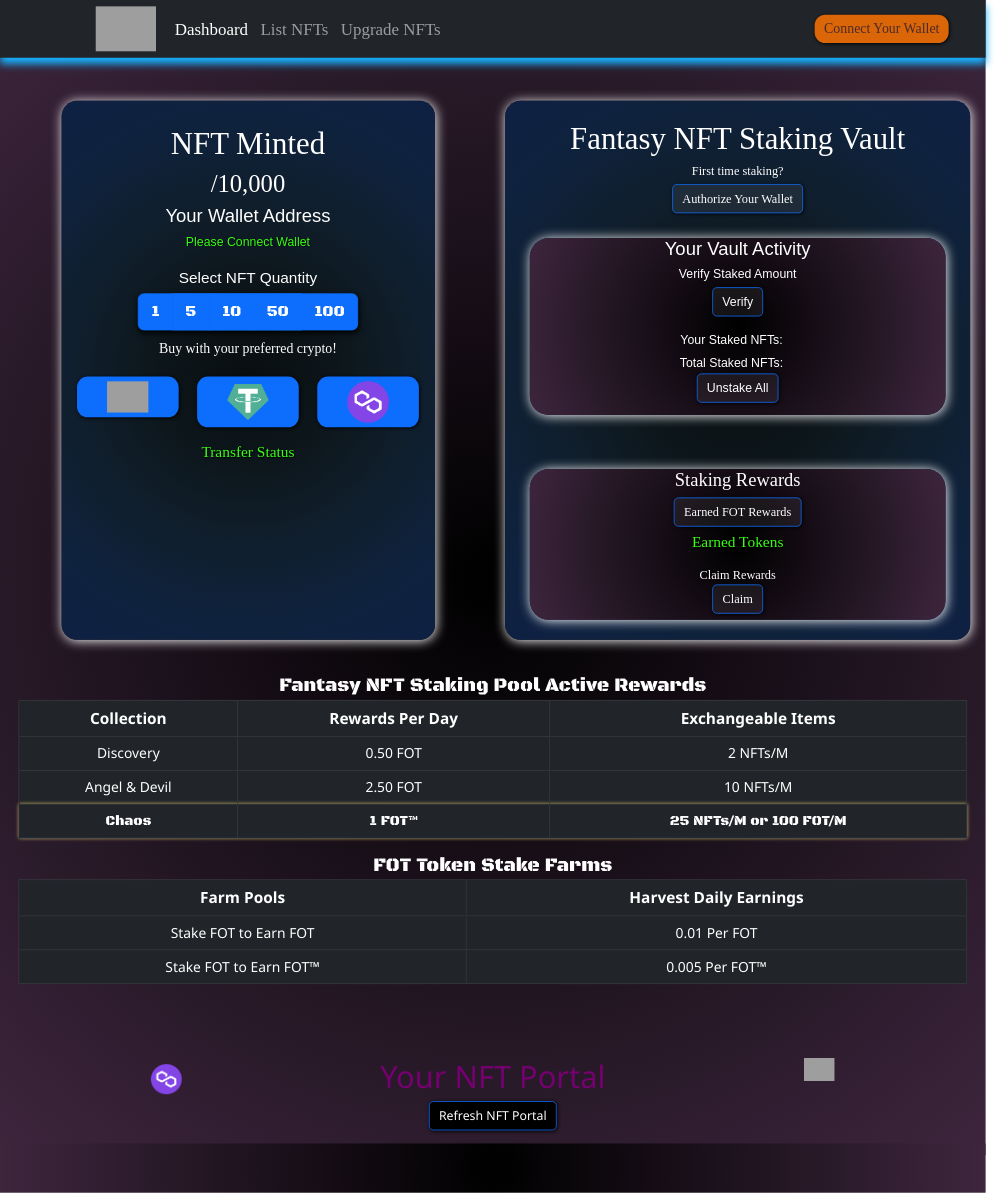
Repository: f-nft/f-fnt-Fantasy-Collection
Page: / (app in web3/)
An editor plug-in stored every save of this project. The page is shown before and after the next save, followed by the edit.
The browser window is 1280 px wide. The page is 1292 px wide, so the pictures cover 1292 px, including what lies to the right of the window. The pictures show the whole page, at 77% of full size.
Pictures or frames that could not be fetched are drawn as grey boxes. The page's requests for data from a server got no answer. Some web fonts or font styles are not loaded; a fallback is used. The project was rebuilt for these pictures with package versions that can differ from the ones it lists, and the page was loaded fresh each time. No one was signed in, and anything a server would have sent is missing.

Above is the page before, as saved 2022-06-09 15:17:28.

### web3/src/index.css
body {
  margin: 0;
  font-family: 'Segoe UI', 'Roboto', 'Oxygen',
    'Ubuntu', 'Cantarell', 'Fira Sans', 'Droid Sans', 'Helvetica Neue',
    sans-serif;
  -webkit-font-smoothing: antialiased;
  -moz-osx-font-smoothing: grayscale;
}

code {
  font-family: 'Courier New',
    monospace;
}

### web3/src/App.js
import './App.css';
import { Button, ButtonGroup } from 'react-bootstrap';
import 'bootstrap/dist/css/bootstrap.min.css';
import React, { Component } from 'react';
import 'sf-font';
import { polygonscanapikey, moralisapikey, NFTCONTRACT, STAKINGCONTRACT, polygonscanapi, moralisapi, nftpng, Web3Alc } from './config';
import axios from 'axios';
import ABI from './ABI.json';
import VAULTABI from './VAULTABI.json';
import TOKENABI from './TOKENABI.json';
import Web3Modal from 'web3modal';
import WalletConnectProvider from '@walletconnect/web3-provider';
import WalletLink from 'walletlink';
import Web3 from 'web3';

var account = null;
var contract = null;
var vaultcontract = null;
var web3 = null;

const providerOptions = {
	binancechainwallet: {
		package: true
	},
	walletconnect: {
		package: WalletConnectProvider,
		options: {
			infuraId: '50f6635fbcc742f18ce7a2a5cbe73ffa'
		}
	},
	walletlink: {
		package: WalletLink,
		options: {
			appName: 'f-nft Polygon',
			infuraId: '50f6635fbcc742f18ce7a2a5cbe73ffa',
			rpc: 'https://polygon-mainnet.infura.io/v3',
			chainId: 137,
			appLogoUrl: null,
			darkMode: true
		}
	},
};

const web3Modal = new Web3Modal({
	network: 'mainnet',
	theme: 'dark',
	cacheProvider: true,
	providerOptions
});

class App extends Component {
	constructor() {
		super();
		this.state = {
			balance: [],
			rawearn: [],
		};
	}

	handleModal() {
		this.setState({ show: !this.state.show })
	}

	// handleStake() {
	// 	this.setState({ show: !this.state.show })
	// }

	handleNFT(nftamount) {
		this.setState({ outvalue: nftamount.target.value });
	}

	async componentDidMount() {

		await axios.get((polygonscanapi + `?module=stats&action=tokensupply&contractaddress=${NFTCONTRACT}&apikey=${polygonscanapikey}`))
			.then(outputa => {
				this.setState({
					balance: outputa.data
				})
				console.log(outputa.data)
			})
		let config = { 'X-API-Key': moralisapikey, 'accept': 'application/json' };
		await axios.get((moralisapi + `/nft/${NFTCONTRACT}/owners?chain=polygon&format=decimal`), { headers: config })
			.then(outputb => {
				const { result } = outputb.data
				this.setState({
					nftdata: result
				})
				console.log(outputb.data)
			})
	}


	render() {
		const { balance } = this.state;
		const { outvalue } = this.state;

		const sleep = (milliseconds) => {
			return new Promise(resolve => setTimeout(resolve, milliseconds))
		}

		const expectedBlockTime = 10000;

		async function connectwallet() {
			var provider = await web3Modal.connect();
			web3 = new Web3(provider);
			await provider.send('eth_requestAccounts');
			var accounts = await web3.eth.getAccounts();
			account = accounts[0];
			document.getElementById('wallet-address').textContent = account;
			contract = new web3.eth.Contract(ABI, NFTCONTRACT);
			vaultcontract = new web3.eth.Contract(VAULTABI, STAKINGCONTRACT);
			var getstakednfts = await vaultcontract.methods.tokensOfOwner(account).call();
			document.getElementById('yournfts').textContent = getstakednfts;
			var getbalance = Number(await vaultcontract.methods.balanceOf(account).call());
			document.getElementById('stakedbalance').textContent = getbalance;
			const arraynft = Array.from(getstakednfts.map(Number));
			const tokenid = arraynft.filter(Number);
			var rwdArray = [];
			tokenid.forEach(async (id) => {
				var rawearn = await vaultcontract.methods.earningInfo(account, [id]).call();
				var array = Array.from(rawearn.map(Number));
				console.log(array);
				array.forEach(async (item) => {
					var earned = String(item).split(',')[0];
					var earnedrwd = Web3.utils.fromWei(earned);
					var rewardx = Number(earnedrwd).toFixed(2);
					var numrwd = Number(rewardx);
					console.log(numrwd);
					rwdArray.push(numrwd);
				});
			});
			function delay() {
				return new Promise(resolve => setTimeout(resolve, 300));
			}
			async function delayedLog(item) {
				await delay();
				var sum = item.reduce((a, b) => a + b, 0);
				var formatsum = Number(sum).toFixed(2);
				document.getElementById('earned').textContent = formatsum;
			}
			async function processArray(rwdArray) {
				for (const item of rwdArray) {
					await delayedLog(item);
				}
			}
			return processArray([rwdArray]);
		}

		async function verify() {
			var getstakednfts = await vaultcontract.methods.tokensOfOwner(account).call();
			document.getElementById('yournfts').textContent = getstakednfts;
			var getbalance = Number(await vaultcontract.methods.balanceOf(account).call());
			document.getElementById('stakedbalance').textContent = getbalance;
		}

		async function enable() {
			contract.methods.setApprovalForAll(STAKINGCONTRACT, true).send({ from:account });
		}
		async function rewardinfo() {
			var rawnfts = await vaultcontract.methods.tokensOfOwner(account).call();
			const arraynft = Array.from(rawnfts.map(Number));
			const tokenid = arraynft.filter(Number);
			var rwdArray = [];
			tokenid.forEach(async (id) => {
				var rawearn = await vaultcontract.methods.earningInfo(account, [id]).call();
				var array = Array.from(rawearn.map(Number));
				array.forEach(async (item) => {
					var earned = String(item).split(",")[0];
					var earnedrwd = Web3.utils.fromWei(earned);
					var rewardx = Number(earnedrwd).toFixed(2);
					var numrwd = Number(rewardx);
					rwdArray.push(numrwd)
				});
			});
			function delay() {
				return new Promise(resolve => setTimeout(resolve, 300));
			}
			async function delayedLog(item) {
				await delay();
				var sum = item.reduce((a, b) => a + b, 0);
				var formatsum = Number(sum).toFixed(2);
				document.getElementById('earned').textContent = formatsum;
			}
			async function processArray(rwdArray) {
				for (const item of rwdArray) {
					await delayedLog(item);
				}
			}
			return processArray([rwdArray]);
		}
		async function claimit() {
			var rawnfts = await vaultcontract.methods.tokensOfOwner(account).call();
			const arraynft = Array.from(rawnfts.map(Number));
			const tokenid = arraynft.filter(Number);
			await Web3Alc.eth.getMaxPriorityFeePerGas().then((tip) => {
				Web3Alc.eth.getBlock('pending').then((block) => {
					var baseFee = Number(block.baseFeePerGas);
					var maxPriority = Number(tip);
					var maxFee = maxPriority + baseFee;
					tokenid.forEach(async (id) => {
						await vaultcontract.methods.claim([id])
							.send({
								from: account,
								maxFeePerGas: maxFee,
								maxPriorityFeePerGas: maxPriority
							})
					})
				});
			})
		}

		async function unstakeall() {
			var rawnfts = await vaultcontract.methods.tokensOfOwner(account).call();
			const arraynft = Array.from(rawnfts.map(Number));
			const tokenid = arraynft.filter(Number);
			await Web3Alc.eth.getMaxPriorityFeePerGas().then((tip) => {
				Web3Alc.eth.getBlock('pending').then((block) => {
					var baseFee = Number(block.baseFeePerGas);
					var maxPriority = Number(tip);
					var maxFee = maxPriority + baseFee;
					tokenid.forEach(async (id) => {
						await vaultcontract.methods.unstake([id])
							.send({
								from: account,
								maxFeePerGas: maxFee,
								maxPriorityFeePerGas: maxPriority
							})
					})
				});
			})
		}

		async function mintnative() {
			var _mintAmount = Number(outvalue);
			var mintRate = Number(await contract.methods.cost().call());
			var totalAmount = mintRate * _mintAmount;
			await Web3Alc.eth.getMaxPriorityFeePerGas().then((tip) => {
				Web3Alc.eth.getBlock('pending').then((block) => {
					var baseFee = Number(block.baseFeePerGas);
					var maxPriority = Number(tip);
					var maxFee = baseFee + maxPriority
					contract.methods.mint(account, _mintAmount)
						.send({
							from: account,
							value: String(totalAmount),
							maxFeePerGas: maxFee,
							maxPriorityFeePerGas: maxPriority
						});
				});
			})
		}

		async function mint0() {
			var _pid = "0";
			var erc20address = await contract.methods.getCryptotoken(_pid).call();
			var currency = new web3.eth.Contract(TOKENABI, erc20address);
			var mintRate = await contract.methods.getNFTCost(_pid).call();
			var _mintAmount = Number(outvalue);
			var totalAmount = mintRate * _mintAmount;
			await Web3Alc.eth.getMaxPriorityFeePerGas().then((tip) => {
				Web3Alc.eth.getBlock('pending').then((block) => {
					var baseFee = Number(block.baseFeePerGas);
					var maxPriority = Number(tip);
					var maxFee = maxPriority + baseFee;
					currency.methods.approve(NFTCONTRACT, String(totalAmount))
						.send({
							from: account
						})
						.then(currency.methods.transfer(NFTCONTRACT, String(totalAmount))
							.send({
								from: account,
								maxFeePerGas: maxFee,
								maxPriorityFeePerGas: maxPriority
							},
								async function (error, transactionHash) {
									console.log("Transfer Submitted, Hash: ", transactionHash)
									let transactionReceipt = null
									while (transactionReceipt == null) {
										transactionReceipt = await web3.eth.getTransactionReceipt(transactionHash);
										await sleep(expectedBlockTime)
									}
									window.console = {
										log: function (str) {
											var out = document.createElement("div");
											out.appendChild(document.createTextNode(str));
											document.getElementById("txout").appendChild(out);
										}
									}
									console.log("Transfer Complete", transactionReceipt);
									contract.methods.mintpid(account, _mintAmount, _pid)
										.send({
											from: account,
											maxFeePerGas: maxFee,
											maxPriorityFeePerGas: maxPriority
										});
								}));
				});
			});
		}

		const refreshPage = () => {
			window.location.reload();
		}

		return (
			<div className='App nftapp'>
				<nav className='navbar navbarfont navbarglow navbar-expand-md navbar-dark bg-dark mb-4'>
					<div className='container-fluid'>
						<a className='navbar-brand px-5' style={{ fontWeight: '800', fontSize: '22px' }} href='#'></a><img src='FNFT.png' width='8%' />
						<button className='navbar-toggler' type='button' data-bs-toggle='collapse' data-bs-target='#navbarCollapse' aria-controls='navbarCollapse' aria-expanded='false' aria-label='Toggle navigation'>
							<span className='navbar-toggler-icon'></span>
						</button>
						<div className='collapse navbar-collapse' id='navbarCollapse'>
							<ul className='navbar-nav me-auto mb-2 px-3 mb-md-0' style={{ fontSize: '22px' }}>
								<li className='nav-item'>
									<a className='nav-link active' aria-current='page' href='#'>Dashboard</a>
								</li>
								<li className='nav-item'>
									<a className='nav-link' href='#'>List NFTs</a>
								</li>
								<li className='nav-item'>
									<a className='nav-link' href='#'>Upgrade NFTs</a>
								</li>
							</ul>
						</div>
					</div>
					<div className='px-5'>
						<input id='connectbtn' type='button' className='connectbutton' onClick={connectwallet} style={{ border: '0.2px', borderRadius: '14px', boxShadow: '1px 1px 5px #000000', fontFamily: 'Rambla' }} value='Connect Your Wallet' />
					</div>
				</nav>
				<div className='row bt-1 center'>
					<div className='col'>
						<body className='nftstaker container border-1' style={{ borderRadius: '25px', boxShadow: '1px 1px 15px #ffffff', minWidth: '385px', maxWidth: '485px', minHeight: '700px', maxHeight: '700px' }}>
							<form>
								<div className='row pt-4'>
									<div>
										<h1 className='pt-2' style={{ fontWeight: '500', fontFamily: 'Blaka' }}>NFT Minted</h1>
									</div>
									<h2 style={{ fontFamily: 'Blaka' }}>{balance.result}/10,000</h2>
									<h4>Your Wallet Address</h4>
									<div className='pb-1' id='wallet-address' style={{
										color: '#39FF14',
										fontWeight: '200',
										textShadow: '1px 1px 1px black',
									}}>
										<label for='floatingInput'>Please Connect Wallet</label>
									</div>
								</div>
								<div>
									<label style={{ fontWeight: '300', fontSize: '20px' }}>Select NFT Quantity</label>
								</div>
								<ButtonGroup size='lg'
									aria-label='First group'
									name='amount'
									style={{ boxShadow: '1px 3px 8px #000000', fontFamily: 'Black Ops One', fontSize: '25px', marginTop: '5px', marginBottom: '5px', marginInline: '5px' }}
									onClick={nftamount => this.handleNFT(nftamount, 'value')}>
									<Button value='1' >1</Button>
									<Button value='5'>5</Button>
									<Button value='10'>10</Button>
									<Button value='50'>50</Button>
									<Button value='100'>100</Button>
								</ButtonGroup>
								<h6 className='pt-2' style={{ fontFamily: 'Rambla', fontWeight: '300', fontSize: '18px', marginBottom: '1px' }}>Buy with your preferred crypto!</h6>
								<div className='row px-2 pb-2 row-style' style={{ marginTop: '1px', fontFamily: 'Rambla', fontWeight: '300', fontSize: '12px' }}>
									<div className='col'>
										<Button className='button-style' onClick={mint0} style={{ border: '0.2px', borderRadius: '14px', boxShadow: '1px 1px 5px #000000' }}>
											<img src={'FNFT.png'} width='50%' />
										</Button>
									</div>
									<div className='col'>
										<Button className='button-style' style={{ border: '0.2px', borderRadius: '14px', boxShadow: '1px 1px 5px #000000' }}>
											<img src='usdt.png' width='50%' />
										</Button>
									</div>
									<div className='col'>
										<Button className='button-style' onClick={mintnative} style={{ border: '0.2px', borderRadius: '14px', boxShadow: '1px 1px 5px #000000' }}>
											<img src='matic.png' width='50%' />
										</Button>
									</div>
									<div>
										<label id='txout' style={{ color: '#39FF14', marginTop: '5px', fontWeight: '500', textShadow: '1px 1px 2px #000000' }}>
											<p style={{ fontSize: '20px' }}>Transfer Status</p>
										</label>
									</div>
								</div>
							</form>
						</body>
					</div>
					<div className='col'>
						<body className='nftstaker container border-1' style={{ borderRadius: '25px', boxShadow: '1px 1px 15px #ffffff', minWidth: '385px', maxWidth: '100%', minHeight: '700px', maxHeight: '700px' }}>
							<form style={{ fontFamily: 'Rambla' }} >
								<h1 style={{ fontWeight: '500', fontFamily: 'Blaka', marginTop: '25px' }}>Fantasy NFT Staking Vault </h1>
								<h6 style={{ fontWeight: '300' }}>First time staking?</h6>
								<Button className='btn' conClick={enable} style={{ backgroundColor: '#ffffff10', boxShadow: '1px 1px 5px #000000' }} >Authorize Your Wallet</Button>
								<div className='row px-3 center' >
									<div className='col' style={{ minWidth: '385px', maxWidth: '100%', maxHeight: '300px', minHeight: '300px' }}>
										<form class='stakingrewards' style={{ borderRadius: '25px', boxShadow: '1px 1px 15px #ffffff' }}>
											<h4 style={{ color: '#FFFFFF', fontWeight: '300' }}>Your Vault Activity</h4>
											<h6 style={{ color: '#FFFFFF' }}>Verify Staked Amount</h6>
											<Button onClick={verify} style={{ backgroundColor: '#ffffff10', boxShadow: '1px 1px 5px #000000' }} >Verify</Button>
											<table className='table mt-3 mb-5 px-3 table-dark'>
												<tr>
													<td style={{ fontSize: '16px' }}>Your Staked NFTs:
														<span style={{ backgroundColor: '#ffffff00', fontSize: '18px', color: '#39FF14', fontWeight: '500', textShadow: '1px 1px 2px #000000' }} id='yournfts'></span>
													</td>
												</tr>
												<tr>
													<td style={{ fontSize: '16px' }}>Total Staked NFTs:
														<span style={{ backgroundColor: '#ffffff00', fontSize: '18px', color: '#39FF14', fontWeight: '500', textShadow: '1px 1px 2px #000000' }} id='stakedbalance'></span>
													</td>
												</tr>
												<tr>
													<Button className='mb-3' onClick={unstakeall} style={{ backgroundColor: '#ffffff10', boxShadow: '1px 1px 5px #000000' }}>Unstake All</Button>
												</tr>
											</table>
										</form>
									</div>
									<div className='col container' style={{ minWidth: '385px', maxWidth: '100%', maxHeight: '300px', minHeight: '300px' }}>
										<form className='stakingrewards' style={{ borderRadius: '25px', boxShadow: '1px 1px 15px #ffffff', fontFamily: 'Rambla' }}>
											<h4 style={{ color: '#FFFFFF', fontWeight: '300' }}> Staking Rewards</h4>
											<Button onClick={rewardinfo} style={{ backgroundColor: '#ffffff10', boxShadow: '1px 1px 5px #000000' }} >Earned FOT Rewards</Button>
											<div id='earned' style={{ color: '#39FF14', marginTop: '5px', fontSize: '25px', fontWeight: '500', textShadow: '1px 1px 2px #000000' }}><p style={{ fontSize: '20px' }}>Earned Tokens</p></div>
											<div className='col-12 mt-2'>
												<div style={{ color: 'white' }}>Claim Rewards</div>
												<Button onClick={claimit} style={{ backgroundColor: '#ffffff10', boxShadow: '1px 1px 5px #000000' }} className='mb-2'>Claim</Button>
											</div>
										</form>
									</div>
								</div>
							</form>
						</body>
					</div>
				</div>
				<div className='row px-4 pt-2'>
					<div className='header container' >
						<div style={{ fontSize: '25px', borderRadius: '14px', color: '#ffffff', fontWeight: '300', fontFamily: 'Black Ops One' }}>Fantasy NFT Staking Pool Active Rewards</div>
						<table className='table px-3 table-bordered table-dark' style={{ fontSize: '20px' }}>
							<thead className='thead-light'>
								<tr>
									<th scope='col'>Collection</th>
									<th scope='col'>Rewards Per Day</th>
									<th scope='col'>Exchangeable Items</th>
								</tr>
							</thead>
							<tbody style={{ fontSize: '18px' }}>
								<tr>
									<td>Discovery</td>
									<td className='amount' data-test-id='rewards-summary-ads'>
										<span className='amount'>0.50</span>&nbsp;<span class='currency'>FOT</span>
									</td>
									<td className='exchange'>
										<span className='amount'>2</span>&nbsp;<span class='currency'>NFTs/M</span>
									</td>
								</tr>
								<tr>
									<td>Angel & Devil</td>
									<td className='amount' data-test-id='rewards-summary-ac'>
										<span className='amount'>2.50</span>&nbsp;<span class='currency'>FOT</span>
									</td>
									<td className='exchange'><span class='amount'>10</span>&nbsp;<span class='currency'>NFTs/M</span>
									</td>
								</tr>
								<tr className='stakegoldeffect'>
									<td>Chaos</td>
									<td className='amount' data-test-id='rewards-summary-one-time'><span class='amount'>1</span>&nbsp;<span class='currency'>FOT™</span>
									</td>
									<td className='exchange'>
										<span className='amount'>25 NFTs/M or </span>
										<span className='currency'>100 FOT/M</span>
									</td>
								</tr>
							</tbody>
						</table>
						<div className='header'>
							<div style={{ fontSize: '25px', borderRadius: '14px', fontWeight: '300', fontFamily: 'Black Ops One', color: 'white' }}>FOT Token Stake Farms</div>
							<table className='table table-bordered table-dark' style={{ borderRadius: '14px' }} >
								<thead className='thead-light' style={{ fontSize: '20px' }}>
									<tr>
										<th scope='col'>Farm Pools</th>
										<th scope='col'>Harvest Daily Earnings</th>
									</tr>
								</thead>
								<tbody style={{ fontSize: '18px' }}>
									<tr>
										<td>Stake FOT to Earn FOT</td>
										<td className='amount' data-test-id='rewards-summary-ads'>
											<span className='amount'>0.01</span>&nbsp;<span class='currency'>Per FOT</span>
										</td>
									</tr>
									<tr>
										<td>Stake FOT to Earn FOT™</td>
										<td className='amount' data-test-id='rewards-summary-ac'>
											<span className='amount'>0.005</span>&nbsp;<span class='currency'>Per FOT™</span>
										</td>
									</tr>
								</tbody>
							</table>
						</div>
					</div>
				</div>
				<div className='row nftportal mt-3'>
					<div className='col mt-4 ml-3'>
						<img src="matic.png" width={'10%'}></img>
					</div>
					<div className='col'>
						<h1 className='n2dtitlestyle mt-3'>Your NFT Portal</h1>
						<Button onClick={refreshPage} style={{ backgroundColor: "#000000", boxShadow: "1px 1px 5px #000000" }}>Refresh NFT Portal</Button>
					</div>
					<div className='col mt-3 mr-5'>
						<img src="FNFT.png" width={'10%'}></img>
					</div>
				</div>
			</div>
		)
	}
}
export default App;

Loaded but not shown: web3/public/index.html (common file); web3/src/ABI.json (735 lines, source omitted); web3/src/TOKENABI.json (417 lines, source omitted); web3/src/VAULTABI.json (395 lines, source omitted); web3/src/nfts.js (240 lines, source omitted); web3/src/config.js (9 lines, source omitted); web3/src/index.js (20 lines, source omitted); web3/src/App.css (238 lines, source omitted)

After the next save:
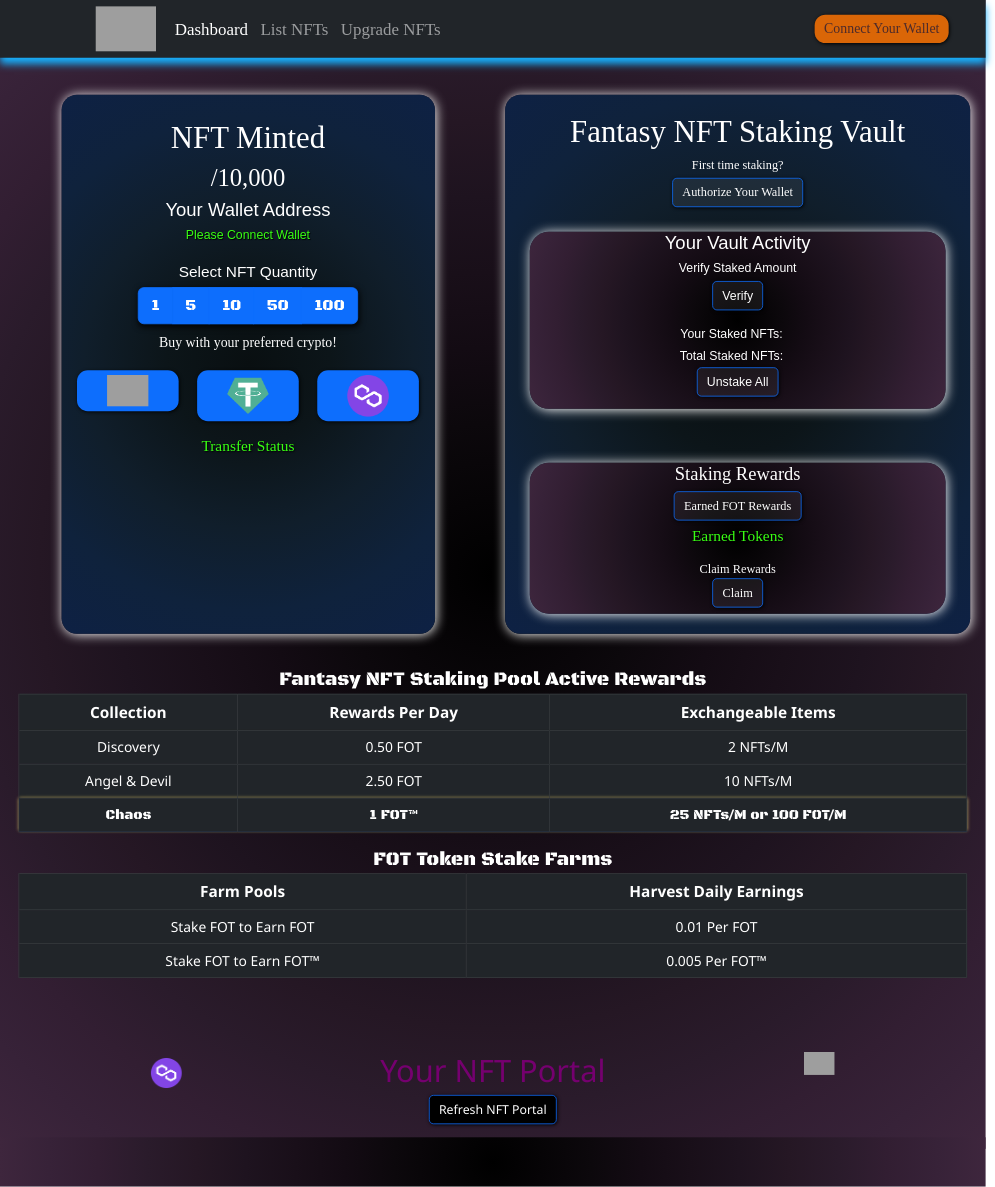
Saved 20 s later.
--- a/web3/src/App.js
+++ b/web3/src/App.js
@@ -328,7 +328,7 @@ class App extends Component {
 						<input id='connectbtn' type='button' className='connectbutton' onClick={connectwallet} style={{ border: '0.2px', borderRadius: '14px', boxShadow: '1px 1px 5px #000000', fontFamily: 'Rambla' }} value='Connect Your Wallet' />
 					</div>
 				</nav>
-				<div className='row bt-1 center'>
+				<div className='row bt-1 pt-2 center'>
 					<div className='col'>
 						<body className='nftstaker container border-1' style={{ borderRadius: '25px', boxShadow: '1px 1px 15px #ffffff', minWidth: '385px', maxWidth: '485px', minHeight: '700px', maxHeight: '700px' }}>
 							<form>
